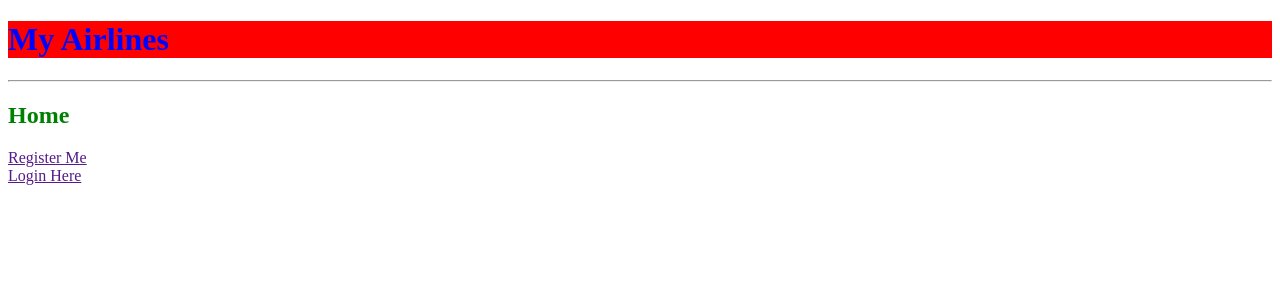
Repository: vishhaldawane/DS_WEB23
Page: MyWebProject/public/Home.html
These files come from the project's save history. The page is drawn as it stood at one moment and after the next save; the edit follows.
The browser window is 1280 px wide. The pictures show the whole page.

Above is the page before, as saved 2023-07-31 08:46:31.

### MyWebProject/public/Home.html
<!DOCTYPE html>
<html>

<head>
<meta charset="UTF-8">
	<title>Login here</title>
	<link rel="stylesheet" href="Login3.css">
</head>


	<body>
		<h1>My Airlines</h1>
		<hr>
		<h2>Home</h2>

		<a href="">Register Me</a>	<br>
		<a href="">Login Here</a>

	</body>

</html>

### MyWebProject/public/Login3.css
@charset "UTF-8";
		h1 {
			background-color:red;
			color: blue;
		}
		h2 {
			color: green;
		}
		label {
			color: blue;
			font-size: 20px;
		}
		input {
			color: black; font-size: 20px
		}
		button {
			padding: 15px; background-color: magenta; font-size: 20px
		}

After the next save:
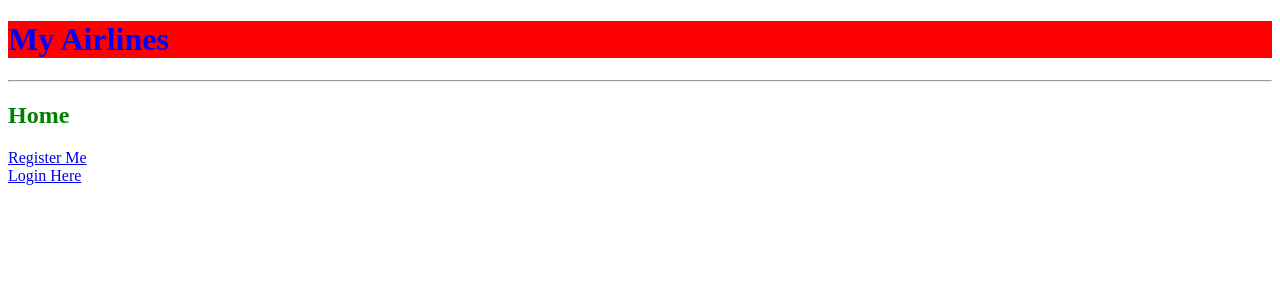
Saved 12 s later.
--- a/MyWebProject/public/Home.html
+++ b/MyWebProject/public/Home.html
@@ -13,8 +13,8 @@
 		<hr>
 		<h2>Home</h2>
 
-		<a href="">Register Me</a>	<br>
-		<a href="">Login Here</a>
+		<a href="Register.html">Register Me</a>	<br>
+		<a href="Login3.html">Login Here</a>
 
 	</body>
 
